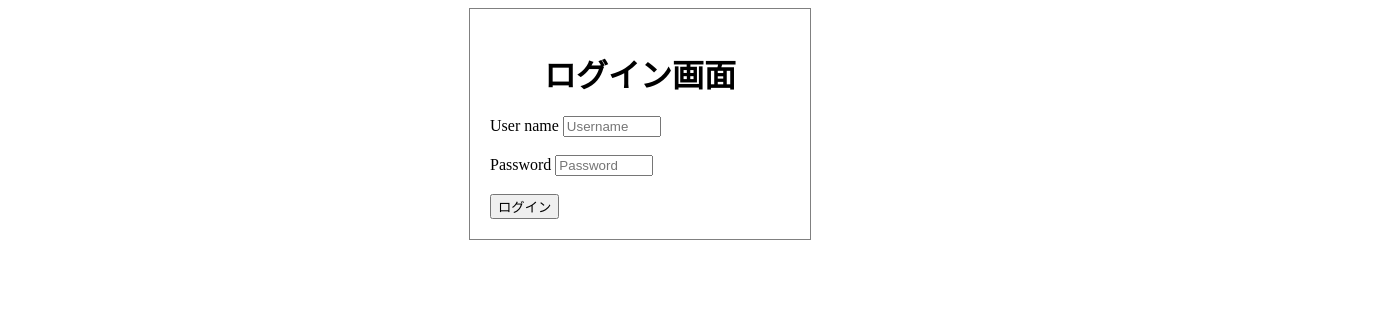
Repository: Jutta197/frontend726
Page: css_ex/login/login.html
An editor plug-in stored every save of this project. The page is shown before and after the next save, followed by the edit.
The browser window is 1280 px wide. The page is 1280 px wide, then 1398 px, then 1280 px, so the pictures cover 1398 px, including what lies to the right of the window. The pictures show the whole page.

Above is the page before, as saved 2023-07-31 09:43:35.

### css_ex/login/login.html
<!DOCTYPE html>
<html lang="en">

<head>
    <meta charset="UTF-8">
    <meta name="viewport" content="width=device-width, initial-scale=1.0">
    <title>LOGIN</title>
    <link rel="stylesheet" href="style.css">
</head>

<body>
    <div class="container">
        <form action="" method="post">
            <h1>ログイン画面</h1>
            <label for="username">User name</label>
            <input type="text" id="username" name="username" placeholder="Username" required><br><br>
            <label for="password">Password</label>
            <input type="password" id="password" name="password" placeholder="Password"><br><br>
            <input type="submit" value="ログイン" id="submit-button">
        </form>
    </div>

</body>

</html>

### css_ex/login/style.css
.container {
    width: 300px;
    border: 1px solid gray;
    padding: 20px;
    margin: 0 auto;
}

h1 {
    text-align: center;
    margin-bottom: 20px;
}

#username,
#password {
    width: 90px;
}

.submit-button {}


/* div {
    text-align: center;
    border-style: dashed solid dotted;
    border-width: 7px;
    border-color: aquamarine;
    border-radius: 10px;
    padding: 20px 10px;
    background-color: azure;
    margin: 50px 50px;

} */

After the next save:
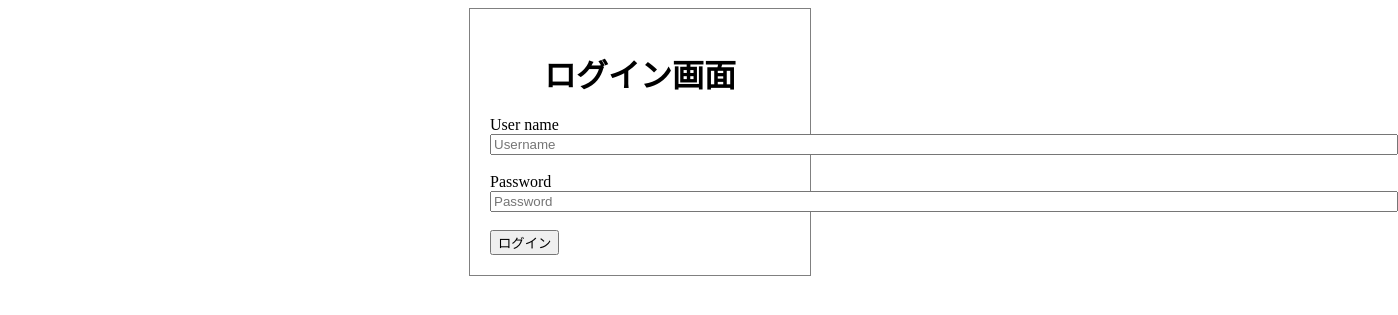
Saved 21 s later.
--- a/css_ex/login/style.css
+++ b/css_ex/login/style.css
@@ -12,7 +12,7 @@ h1 {
 
 #username,
 #password {
-    width: 90px;
+    width: 900px;
 }
 
 .submit-button {}

After the save that followed:
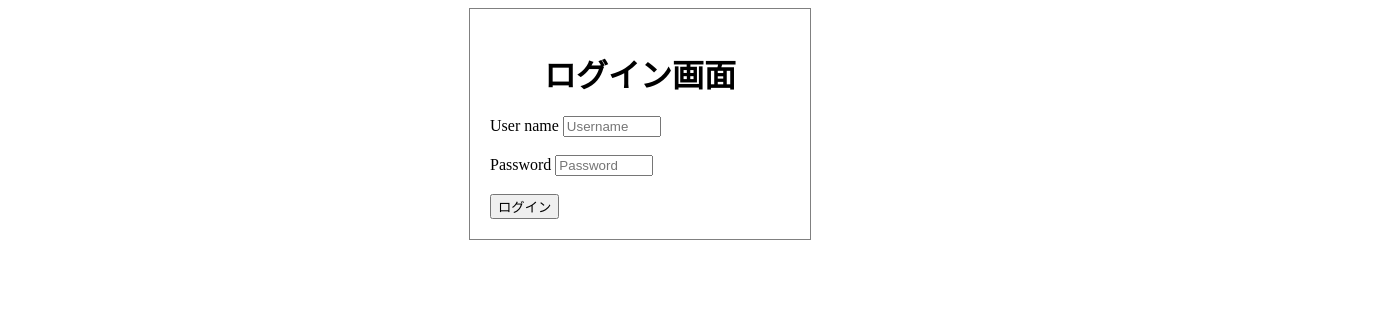
Saved 4 s later.
--- a/css_ex/login/style.css
+++ b/css_ex/login/style.css
@@ -12,7 +12,7 @@ h1 {
 
 #username,
 #password {
-    width: 900px;
+    width: 90px;
 }
 
 .submit-button {}
